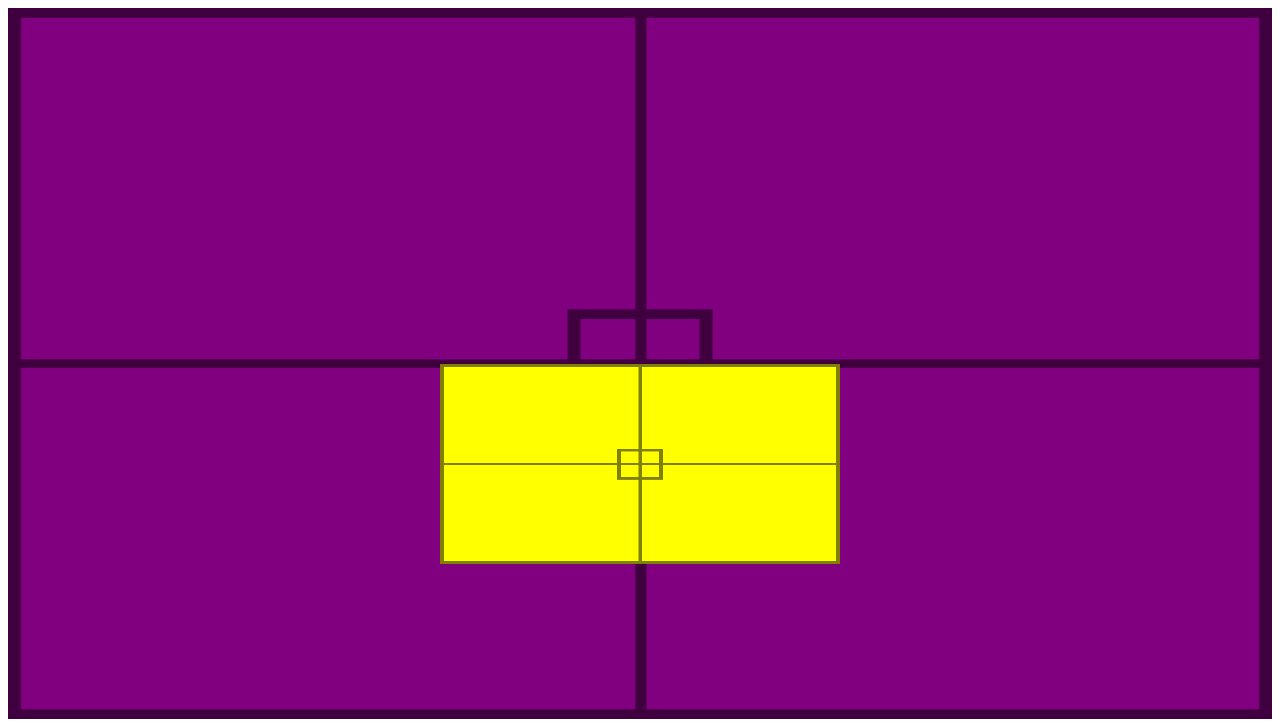
Repository: Leonngc/html-css
Page: Exercicios/ex023/fundo007.html
The author's editor kept a copy of each file at every save. The page is drawn from the files as they stood at one save, then again after a run of saves.
The browser window is 1280 px wide. The pictures show the whole page.

Above is the page before, as saved 2022-10-27 19:51:31.

### Exercicios/ex023/fundo007.html
<!DOCTYPE html>
<html lang="pt-br">
<head>
    <meta charset="UTF-8">
    <meta http-equiv="X-UA-Compatible" content="IE=edge">
    <meta name="viewport" content="width=device-width, initial-scale=1.0">
    <title>Alinhamento vertical</title>
    <style>
        #container{
            background-image: url(imagens/target001.png);
            background-size: 100% 100%;
            position: relative;
            height: 96vh;
            padding: 10px;
            background-color: purple;
        }

        #conteudo{
            background-image: url(imagens/target001.png);
            background-size: 100% 100%;
            position: absolute;
            height: 200px;
            width: 400px;
            background-color: yellow;

            left: 50%;
            top: 50%;

            transform: translate(-50%);
        }
    </style>
</head>
<body>
    <section id="container">
        <article id="conteudo">

        </article>
    </section>
</body>
</html>

After the next 2 saves:
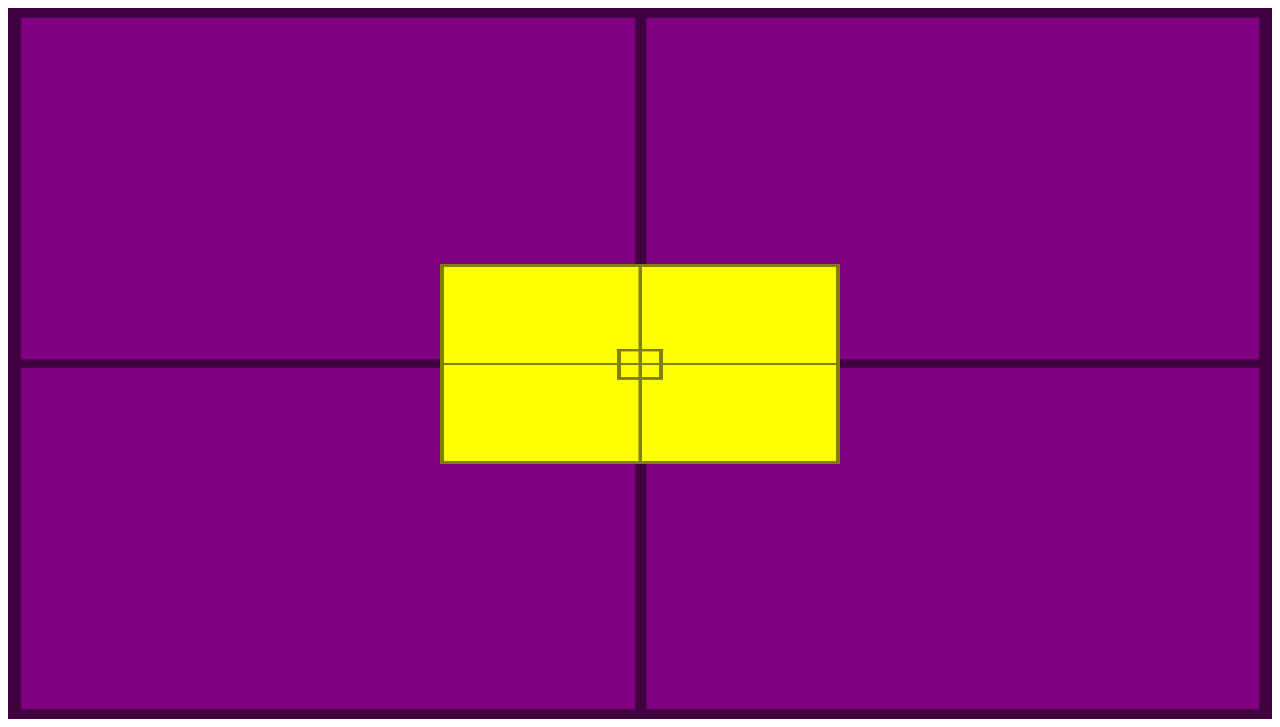
The 2 saves are shown as one change because they came seconds apart.
The last was saved 8 s later.
--- a/Exercicios/ex023/fundo007.html
+++ b/Exercicios/ex023/fundo007.html
@@ -26,7 +26,7 @@
             left: 50%;
             top: 50%;
 
-            transform: translate(-50%);
+            transform: translate(-50%, -50%);
         }
     </style>
 </head>
